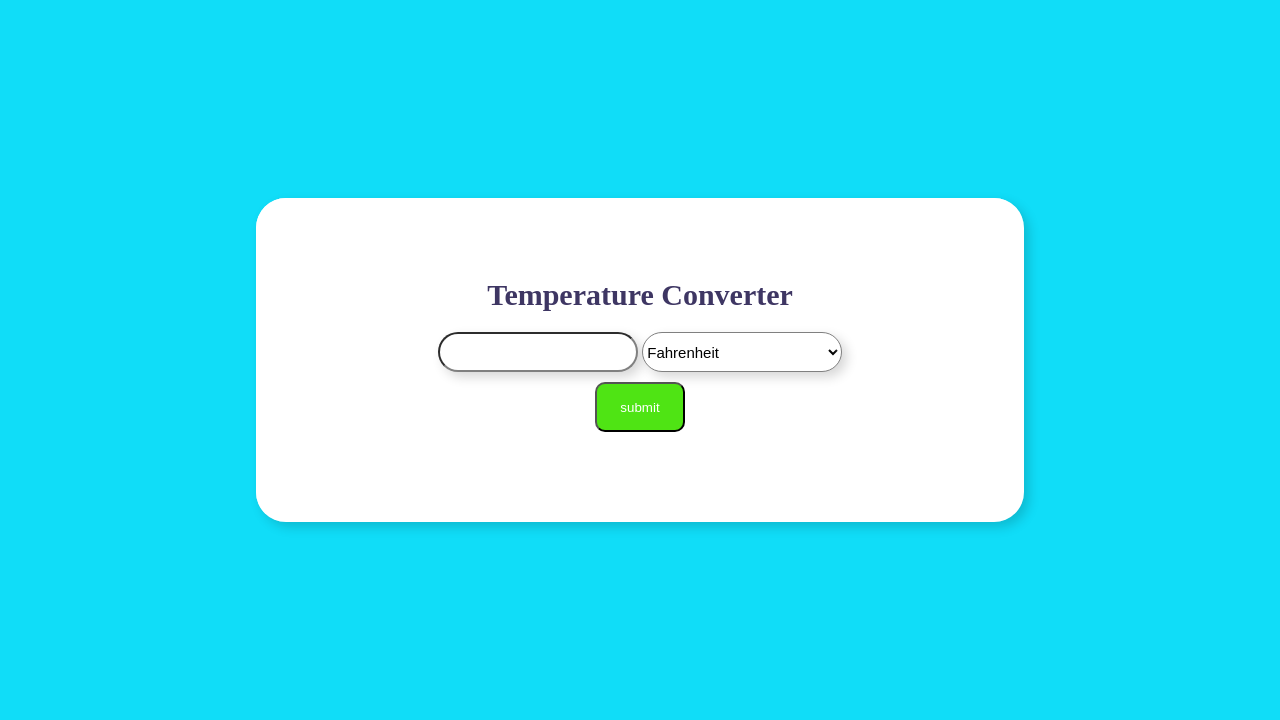
Repository: Mayur2905/OIBSIP
Page: Task-4/index.html
The author's editor kept a copy of each file at every save. The page is drawn from the files as they stood at one save, then again after the next save.
The browser window is 1280 px wide. The pictures show the whole page.

Above is the page before, as saved 2022-02-03 23:40:03.

After the next save:
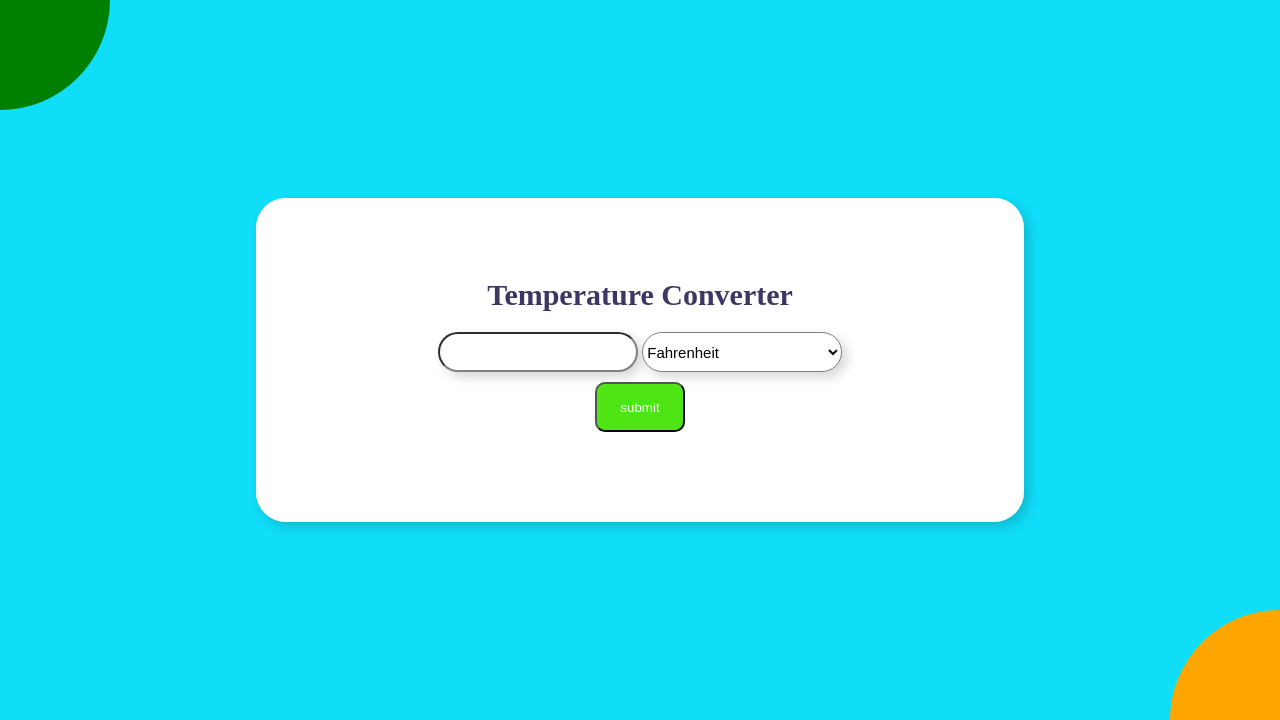
Saved 71 s later.
--- a/Task-4/style.css
+++ b/Task-4/style.css
@@ -68,7 +68,7 @@ label {
   font-size: 15px;
   font-weight: 600;
 }
-.bg-balls {
+body {
   position: fixed;
   top: 0;
   left: 0;
@@ -77,8 +77,8 @@ label {
   min-width: 100%;
   z-index: -1;
 }
-.bg-balls:before,
-.bg-balls:after {
+body:before,
+body:after {
   content: "";
   position: absolute;
   width: 200px;
@@ -86,7 +86,7 @@ label {
   border-radius: 50%;
 }
 
-.bg-balls:before {
+body:before {
   background-color: orange;
   right: -75px;
   bottom: -75px;
@@ -98,7 +98,7 @@ label {
   }
 }
 
-.bg-balls:after {
+body:after {
   background-color: green;
   top: -75px;
   left: -75px;
